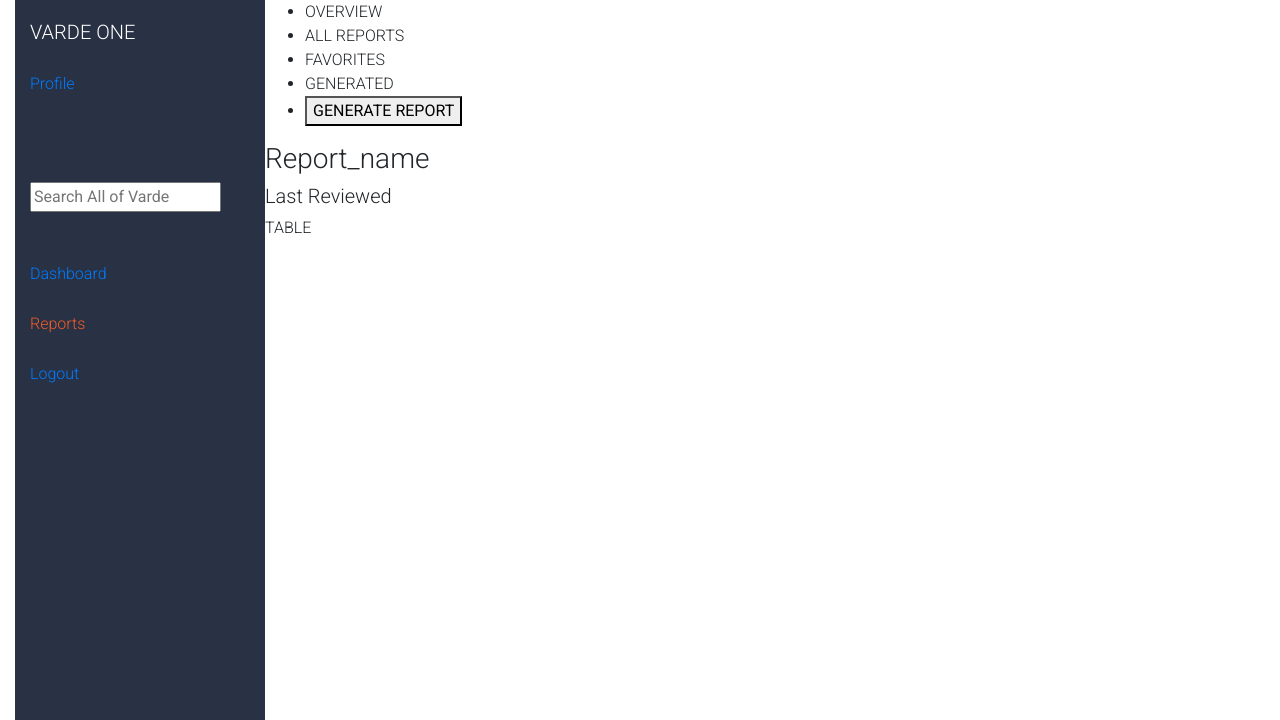
Repository: slavishtipkov/cra-redux
Page: /reports
These files come from the project's save history. The page is drawn as it stood at one moment and after the next save; the edit follows.
The browser window is 1280 px wide. The pictures show the whole page.
The project was rebuilt for these pictures with package versions that can differ from the ones it lists, and the page was loaded fresh each time.

Above is the page before, as saved 2019-07-09 12:48:19.

After the next save:
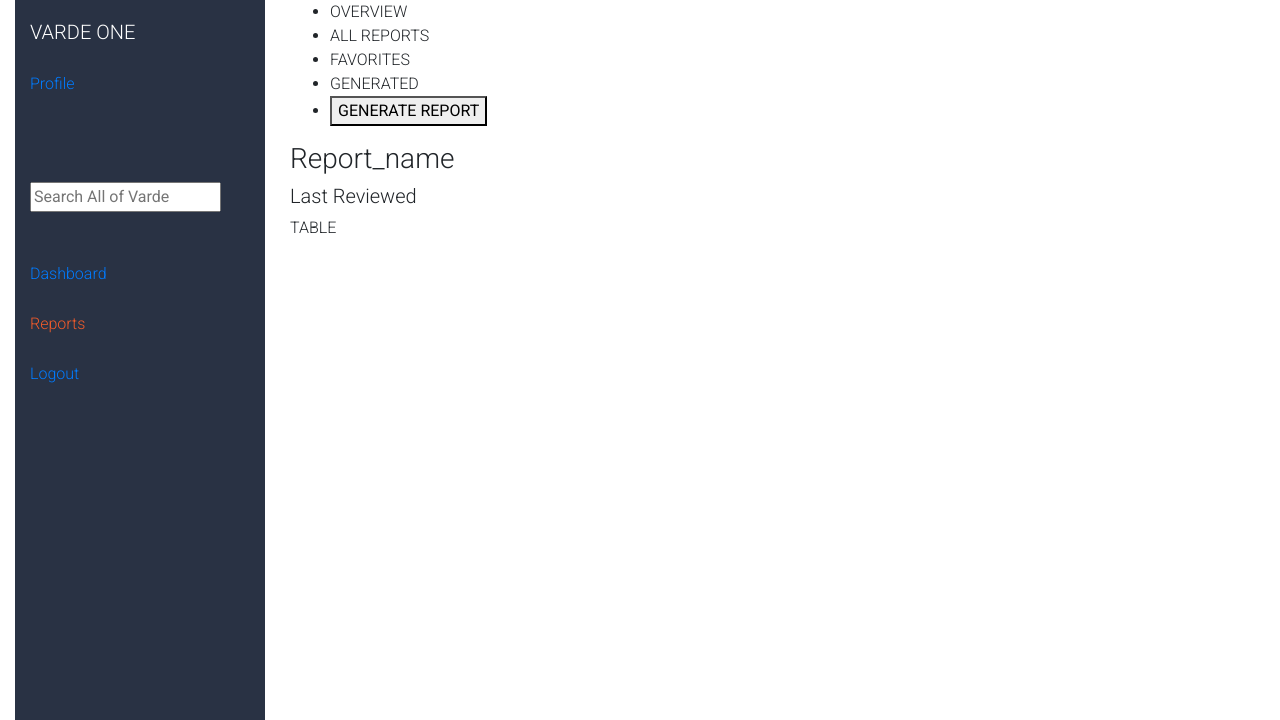
Saved 63 s later.
--- a/src/Containers/Reports/Reports.js
+++ b/src/Containers/Reports/Reports.js
@@ -1,7 +1,7 @@
 import React from "react";
 
 const Reports = () => (
-  <div clasName="reports-page page">
+  <div className="reports-page page">
     <div className="reports-page-header page-header">
       <div className="page-header-nav">
         <ul>
